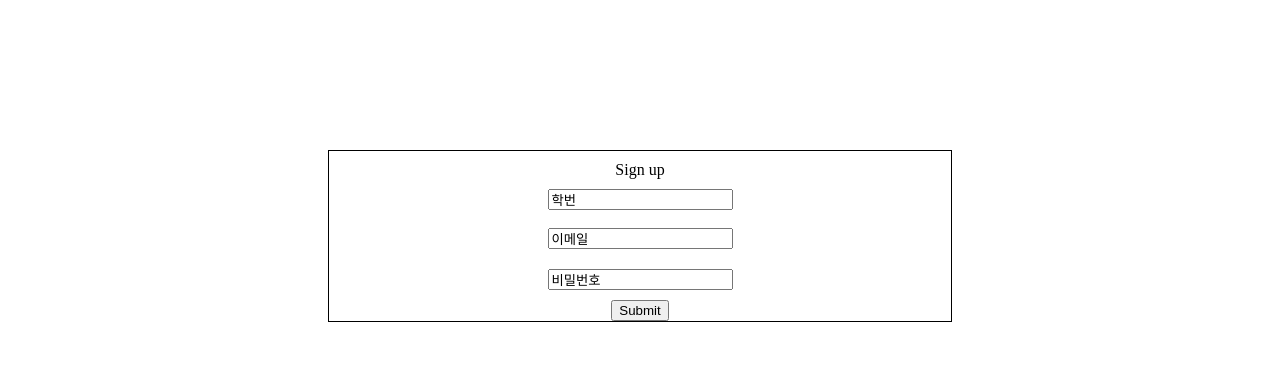
Repository: smandkd/Multicampus_Frontend
Page: http://localhost/Mulcam_Project/jsp/signup.jsp
An editor plug-in stored every save of this project. The page is shown before and after the next save, followed by the edit.
The browser window is 1280 px wide. The pictures show the whole page.
The page is served by Tomcat 9.

Above is the page before, as saved 2022-02-03 01:11:35.

After the next save:
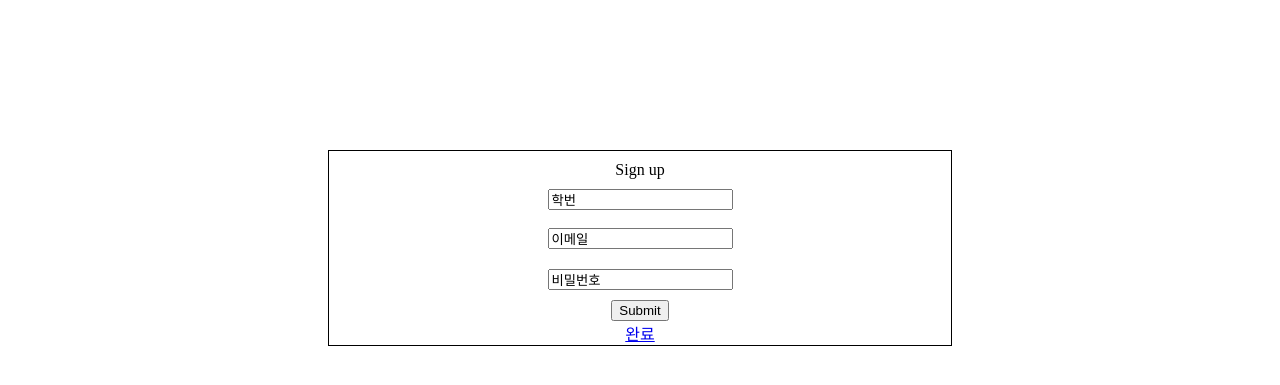
Saved 2 min 44 s later.
--- a/Mulcam_Project/jsp/signup.jsp
+++ b/Mulcam_Project/jsp/signup.jsp
@@ -43,6 +43,7 @@
 	<div>
 		<input type="submit"/>
 	</div>
+	<a href="test_login.jsp">완료</a>
 </div>
 </body>
 </html>
